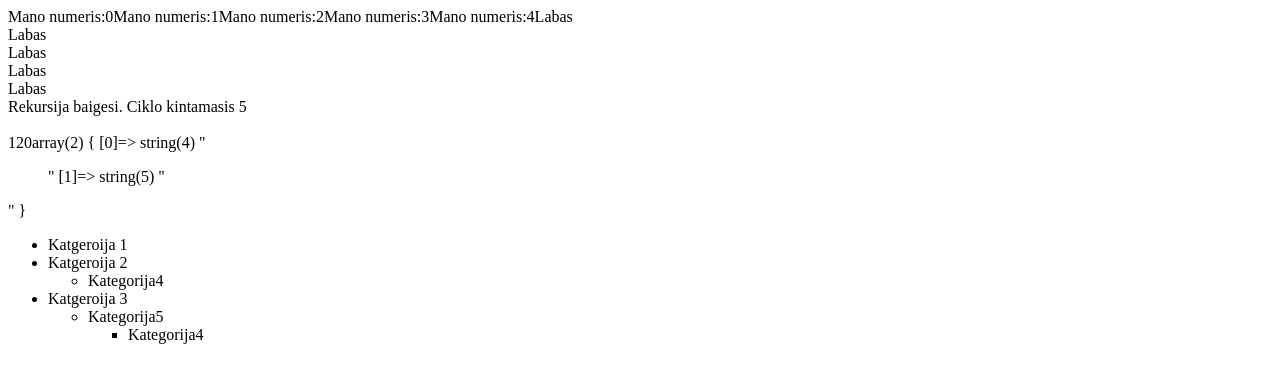
Repository: motiejus1/18-paskaita-PHP-05.31
Page: http://localhost/testavimas/rekursija.php
An editor plug-in stored every save of this project. The page is shown before and after a run of saves, followed by the edit.
The browser window is 1280 px wide. The pictures show the whole page.
The page is run by PHP 8.4 with error messages shown; the project is at /var/www/html/. testavimas/connections.php is not in the repository; a stand-in opens the database connection. Other server files are loaded and not shown. Queries for data that is not in the repository find no rows.

Above is the page before, as saved 2021-09-23 20:54:24.

### testavimas/rekursija.php
<?php


// require_once("connections.php");
//rekursine funkcija - funkcija kuri kreipiasi pati i save.

for($i = 0; $i < 5; $i++ ) {
    echo "Mano numeris:".$i; //echo yra funkcija kuri siuo atveju yra atliekama 5 kartus
} // daugiau nei viena karta pasileidziantis veiksmas


//Tam tikras ciklas/ while / ciklo kintamasis

function rekursine($i = 0) {

    $i++; //1; 2
    echo "Labas"."<br>";

    //ciklo kintamasis 5
    //5 < 5
    //false
    //funkcija pati saves nebekviecia
    if($i < 5) {
        rekursine($i);
    } else {
        echo "Rekursija baigesi. Ciklo kintamasis " .$i."<br>";
    }
};

rekursine();

//faktorialas

// !0 = 1
// !3 = 3 * 2 * 1
// !3 = 3 * !2
//!5 = 5 * !4(4 * 3 * 2 * 1)
 // !4 = 24

// !5 = 5 * 4 * 3 * 2 * 1
// !45 = 45 * 44 * 43 * ... * 1

function faktorialas($skaicius) {

    if($skaicius < 0) {
        return "Skaicius yra maziau 0"; //return sustabdo funkcija
    }

    if($skaicius == 0) {
        return 1;
    }


    $daugyba = $skaicius * faktorialas($skaicius - 1) ;//
//
    return $daugyba; //paskutinio ciklo reiksme

    // $daugyba = 4 * faktorialas(3)
    // $daugyba = 3 * faktorials(2)
    // $daugyba = 2 * faktorialas(1)
    //$daugyba = 1 * 1 = 1


}
echo "<br>";

echo faktorialas(5);

//Medzio struktura




//Uzklausa i duomenu baze

function kategorijuMedis($tevinis_id = 0, $kategorijos_medis_masyvas = '') {

    require_once("connections.php");
    //nekeitem savo masyvo pagal tevini id.
    // paieska tevini id atlieka sql

    if(!is_array($kategorijos_medis_masyvas)) {
        $kategorijos_medis_masyvas = array();
    }


    $sql = "SELECT * FROM kategorijos WHERE tevinis_id = $tevinis_id"; // grazins paciu pirmu rekursijos veikmo momentu
    // visas tevines kategorijas

    $result = $conn->query($sql);
    $kategorijos_medis_masyvas[] = "<ul>";
        while($category = mysqli_fetch_array($result)) {
            $kategorijos_medis_masyvas[] = "<li>".$category["pavadinimas"]."</li>";
        }
    $kategorijos_medis_masyvas[] = "</ul>";

    return $kategorijos_medis_masyvas;
}


$test =

var_dump(kategorijuMedis());


?>


<!-- Medzio atvaizdavimai -->
<ul>
    <li>Katgeroija 1</li>
    <li>Katgeroija 2
        <ul>
            <li>Kategorija4</li>
        </ul>
    </li>
    <li>Katgeroija 3
        <ul>
            <li>

            Kategorija5

                <ul>
                    <li>Kategorija4</li>
                </ul>
            </li>
        </ul>
    </li>
</ul>

After the next 2 saves:
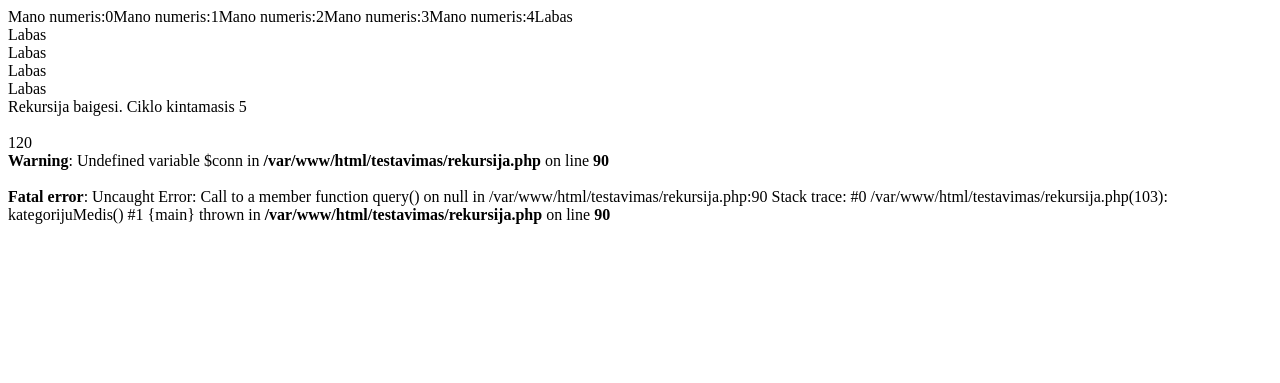
The 2 saves are shown as one change because they came seconds apart.
The last was saved 7 s later.
--- a/testavimas/rekursija.php
+++ b/testavimas/rekursija.php
@@ -98,7 +98,7 @@ function kategorijuMedis($tevinis_id = 0, $kategorijos_medis_masyvas = '') {
 }
 
 
-$test =
+$test = kategorijuMedis();
 
 var_dump(kategorijuMedis());
 
